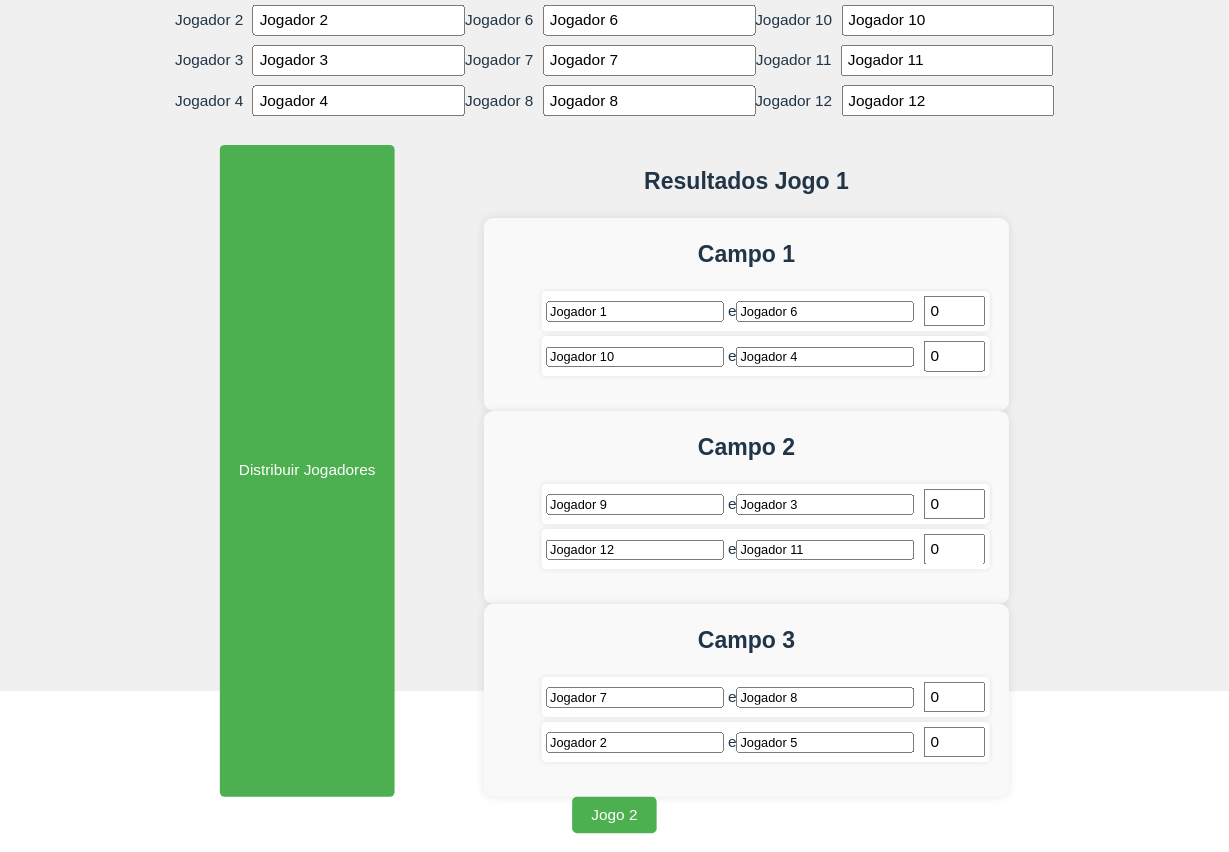
Repository: MarcioMiguel22/PadelMaster
Page: /calculadora, after clicking the first element matching `button.distribute-button`
The author's editor kept a copy of each file at every save. The page is drawn from the files as they stood at one save, then again after the next save.
The browser window is 1280 px wide. The pictures show the whole page, at 96% of full size.
The project was rebuilt for these pictures with package versions that can differ from the ones it lists, and the page was loaded fresh each time. Also part of the build but not shown: vite.config.ts, src/pages/Home/Home.tsx.

Above is the page before, as saved 2024-06-13 13:09:03.

After the next save:
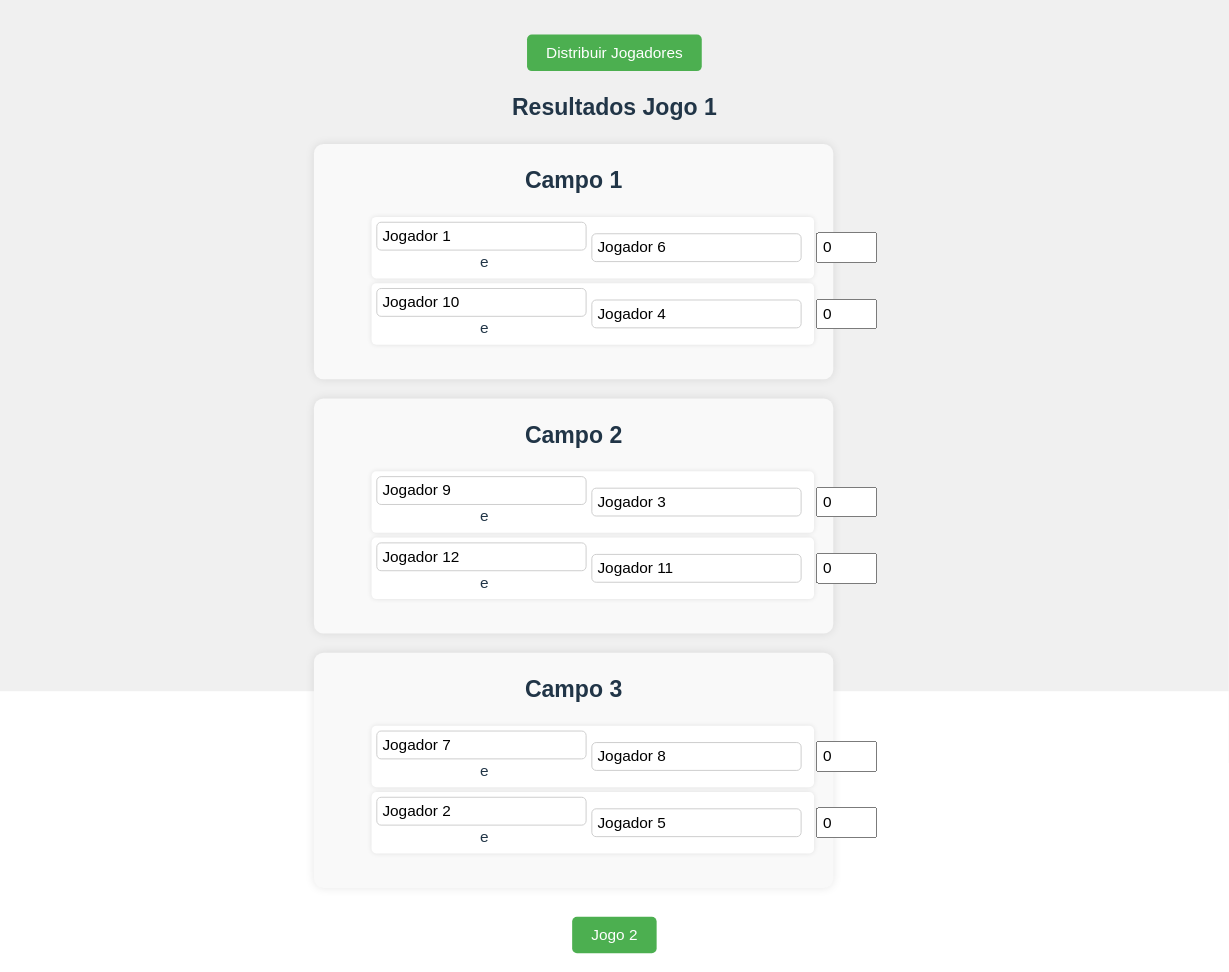
Saved 40 s later.
--- a/src/pages/Services/Calculadora.css
+++ b/src/pages/Services/Calculadora.css
@@ -30,6 +30,14 @@
   font-size: 16px;
 }
 
+.jogador-input {
+  margin-right: 5px;
+  padding: 5px;
+  font-size: 16px;
+  border: 1px solid #ccc;
+  border-radius: 5px;
+}
+
 .distribute-button {
   background-color: #4CAF50;
   color: white;
@@ -38,6 +46,7 @@
   border-radius: 5px;
   cursor: pointer;
   font-size: 16px;
+  margin-top: 10px;
 }
 
 .distribute-button:hover {
@@ -46,7 +55,8 @@
 
 .fields-container {
   display: flex;
-  justify-content: space-around;
+  flex-direction: column;
+  align-items: center;
   margin-top: 20px;
 }
 
@@ -55,6 +65,8 @@
   padding: 20px;
   border-radius: 10px;
   box-shadow: 0 0 10px rgba(0, 0, 0, 0.1);
+  margin-bottom: 20px;
+  width: 80%;
 }
 
 .field h2 {
